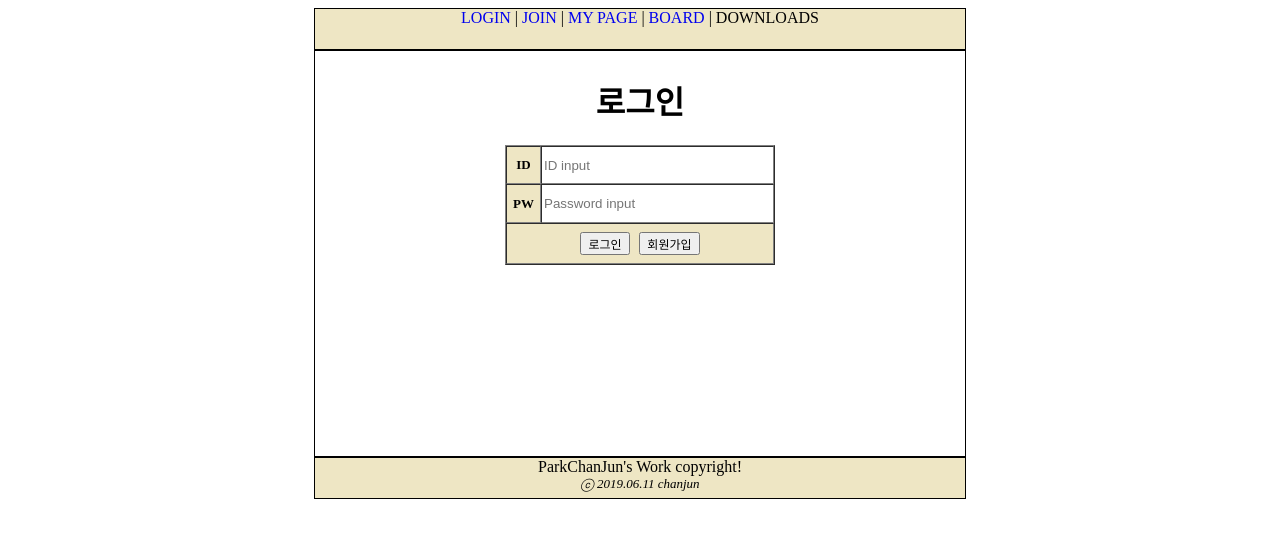
Repository: slolee/Spring-Board
Page: http://localhost/spring_project/WEB-INF/views/member/loginView.jsp
An editor plug-in stored every save of this project. The page is shown before and after the next save, followed by the edit.
The browser window is 1280 px wide. The pictures show the whole page.
The page is served by Tomcat 9. Nobody is signed in. Other server files are loaded and not shown. The template is opened directly, without the code that normally fills it, so the values that code supplies are empty.

Above is the page before, as saved 2019-06-17 02:40:32.

### spring_project/src/main/webapp/WEB-INF/views/member/loginView.jsp
<%@ page language="java" contentType="text/html; charset=UTF-8"
    pageEncoding="UTF-8"%>
<jsp:include page="../layout/header.jsp">
	<jsp:param name="title" value="Login Page!"/>
</jsp:include>

	<!-- 로그인 창 -->
	<h1> 로그인 </h1>
	<form action="loginLogic.do" method="post">
		<table border=1 cellpadding="2" cellspacing="0" align="center" width="270px" height="120px">
			<tr>
				<th width="45px">ID</th>
				<td>
					<input type="text" name="id" placeholder="ID input" maxlength="15" size="25" required>
				</td>
			</tr>
			<tr>
				<th width="45px">PW</th>
				<td>
					<input type="password" name="pw" placeholder="Password input" maxlength="20" size="25" required>
				</td>
			</tr>
			<tr>
				<th colspan="2" align="center" height="35px">
					<input type="submit" value="로그인"> &nbsp;
					<input type="button" value="회원가입" onclick="location.href='joinView.do'">
				</th>
			</tr>

		</table>

	</form>
<%@ include file = "../layout/footer.jsp" %>

### spring_project/src/main/webapp/WEB-INF/views/layout/footer.jsp
<%@ page language="java" contentType="text/html; charset=UTF-8"
    pageEncoding="UTF-8"%>
		</div>
		<div id="footer" align="center">
			ParkChanJun's Work copyright! <br>
			<i><font size="2">ⓒ 2019.06.11 chanjun</font></i>
		</div>
	</div>
</body>
</html>

### spring_project/src/main/webapp/WEB-INF/views/layout/header.jsp
<%@ page language="java" contentType="text/html; charset=UTF-8"
    pageEncoding="UTF-8"%>
<%@ taglib prefix="c" uri="http://java.sun.com/jsp/jstl/core" %>
<%
	request.setCharacterEncoding("UTF-8");
	String title = request.getParameter("title");
	if(title == null)
		title = "My Homepage";
%>
<!DOCTYPE html PUBLIC "-//W3C//DTD HTML 4.01 Transitional//EN" "http://www.w3.org/TR/html4/loose.dtd">
<html>
<head>
	<meta http-equiv="Content-Type" content="text/html; charset=UTF-8">
	<title><%= title %></title>
	<style>
		#header, #footer{
			background-color: #EEE6C4;
			font-family: "HY울릉도M";
			border: 1px solid black;
			width: 650px;
			height: 40px;
		}
		#main{
			border: 1px solid black;
			width: 650px;
			min-height: 400px;
			padding-top: 5px;
		}
		a{
			text-decoration: none;
		}

		input[type=button], input[type=submit], input[type=reset]{
			font-size: 9pt;
		}

		input[type="text"], input[type="password"], textarea{
			border: 0px;
			padding: 0px 10px 0px 0px;
		}

		table{
			font-size: small;
		}

		th{
			background-color: #EEE6C4;
		}

		td{
			background-color: #FFFFFF;
		}

	</style>
</head>
<body>
	<div align="center">
		<div id="header" align="center">
			<c:choose>
				<c:when test="${ sessionScope.login_id == null }">
					<a href="loginView.do">LOGIN</a> |
					<a href="joinView.do">JOIN</a> |
				</c:when>
				<c:otherwise>
					${ sessionScope.login_nickname } |
					<a href="logoutLogic.do">LOGOUT</a> |
				</c:otherwise>
			</c:choose>

			<a href="mypageView.do">MY PAGE</a> |
			<a href="boardView.do">BOARD</a> |
			DOWNLOADS
		</div>
		<div id="main" align="center">

After the next save:
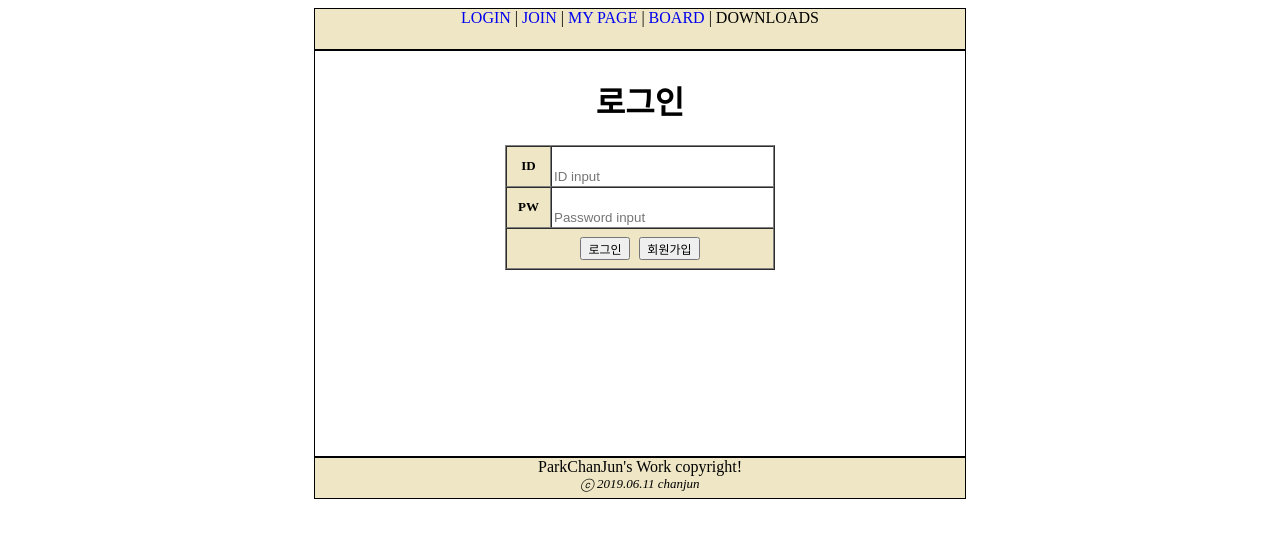
Saved 15 s later.
--- a/spring_project/src/main/webapp/WEB-INF/views/layout/header.jsp
+++ b/spring_project/src/main/webapp/WEB-INF/views/layout/header.jsp
@@ -36,7 +36,7 @@
 
 		input[type="text"], input[type="password"], textarea{
 			border: 0px;
-			padding: 0px 10px 0px 0px;
+			padding: 20px 0px 0px 0px;
 		}
 
 		table{
